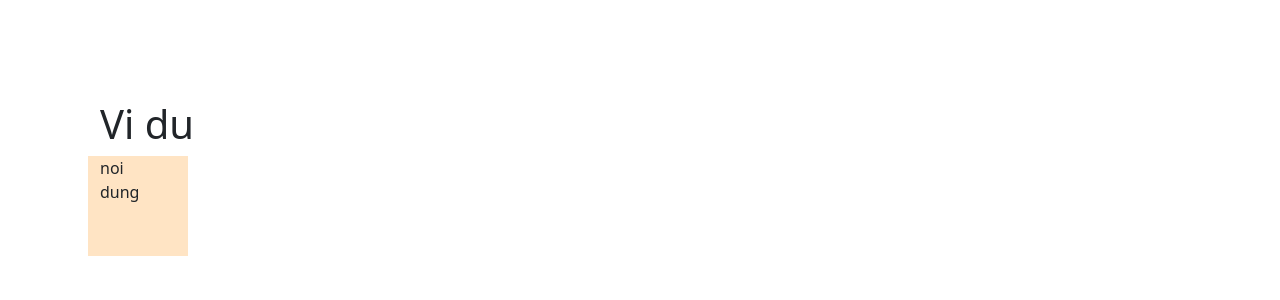
Repository: thanhp6868/ltWeb
Page: 0410/1/1.html
The author's editor kept a copy of each file at every save. The page is drawn from the files as they stood at one save, then again after the next save.
The browser window is 1280 px wide. The pictures show the whole page.

Above is the page before, as saved 2023-10-04 13:55:27.

### 0410/1/1.html
<!DOCTYPE html>
<html lang="en">

<head>
    <meta charset="UTF-8">
    <link href="https://cdn.jsdelivr.net/npm/bootstrap@5.2.3/dist/css/bootstrap.min.css" rel="stylesheet"
        integrity="sha384-rbsA2VBKQhggwzxH7pPCaAqO46MgnOM80zW1RWuH61DGLwZJEdK2Kadq2F9CUG65" crossorigin="anonymous">
    <meta name="viewport" content="width=device-width, initial-scale=1.0">
    <link rel="stylesheet" type="" href="style1.css">
    <title>Document</title>
</head>

<body style="padding: 100px;">
    <h1>Vi du</h1>
    <div class="row">
        <div id="vidu_transition">
            <div class="col-3" ,>
                noi dung
            </div>
        </div>
    </div>
</body>

</html>

### 0410/1/style1.css
#vidu_transition{
    height: 100px;
    width: 100px;
    background-color: bisque;
    transition: 0.5s;

}
#vidu_transition:hover{
        height: 200px;
        width: 200px;
}

After the next save:
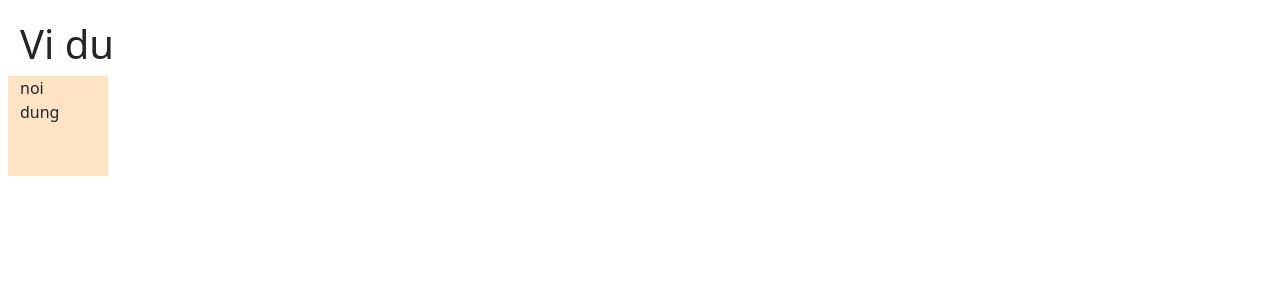
Saved 7 s later.
--- a/0410/1/1.html
+++ b/0410/1/1.html
@@ -10,7 +10,7 @@
     <title>Document</title>
 </head>
 
-<body style="padding: 100px;">
+<body style="padding: 20px;">
     <h1>Vi du</h1>
     <div class="row">
         <div id="vidu_transition">
